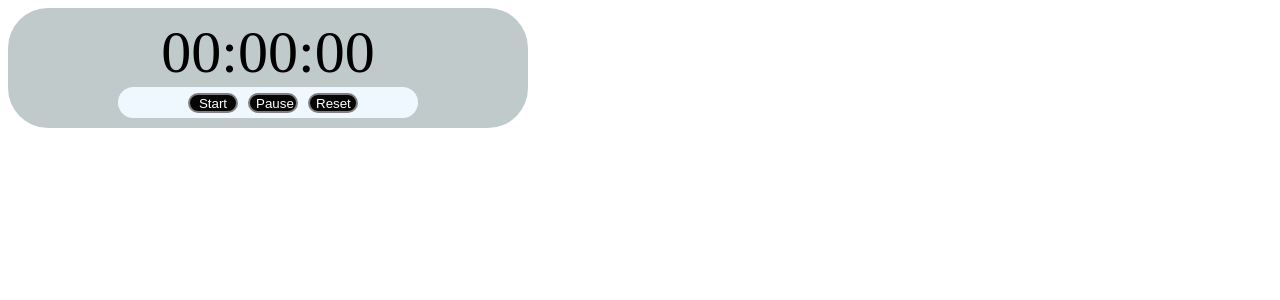
Repository: albinsabu2023/Stopwatch-program
Page: index.html
An editor plug-in stored every save of this project. The page is shown before and after the next save, followed by the edit.
The browser window is 1280 px wide. The pictures show the whole page.

Above is the page before, as saved 2023-03-03 23:21:09.

### index.html
<!DOCTYPE html>

<head>
    <meta charset="UTF-8">
    <meta http-equiv="X-UA-Compatible" content="IE=edge">
    <meta name="viewport" content="width=device-width, initial-scale=1.0">
    <link rel="stylesheet" href="style.css">
    <title>Document</title>
</head>
<body>
    <div class="container">
        <label id="time">00:00:00</label>
        <div class="button">
            <button id="start">Start</button>
            <button id="pause">Pause</button>
            <button id="reset">Reset</button>
        </div>

    </div>
    <script src="index.js"></script>
</body>
</html>

### style.css
.container{
    background-color: rgb(193, 202, 202);
    height: 100px;
    width: 500px;
    display: flex;
    flex-direction: column;
    align-items: center;
    justify-content: center;
    padding: 10px;
    border-radius: 40px;
}
.button{
    background-color: aliceblue;
    width: 300px;
    height: 40px;
    display: flex;
    align-items: center;
    justify-content: center;
    border-radius: 20px;
}
#start,#reset,#pause{
    border: 2px solid gray;
    border-radius: 30px;
    margin-left: 10px;
    background-color: rgb(6, 6, 6);
    height: 20px;
    width: 50px;
    color: white;
}
#time{
    font-size:60px;

}
#start:hover,
#reset:hover,
#pause:hover {

    background-color: rgb(112, 111, 111);
    height: 20px;
    width: 50px;
    color: rgb(4, 4, 4);
    border-color: black;
    transition-duration: 1000;
}

### index.js
//canvas api

//DRAW LINES
//-------------------
// let can = document.getElementById("canvas");
// let context = can.getContext("2d");
// context.lineWidth = 10;
// context.strokeStyle = "purple";
// context.beginPath();
// context.moveTo(0, 0);
// context.lineTo(250, 250);
// context.lineTo(500, 0);
// context.moveTo(250, 250);
// context.lineTo(250, 500);

// context.stroke();

//DRAW TRIANGLE
//--------------------
//  <canvas id="canvas" width="500" height="500"></canvas>;
// let can = document.getElementById("canvas");
// let context = can.getContext("2d");
// context.beginPath();
// context.lineWidth = 2;
// context.moveTo(0, 250);
// context.lineTo(250, 0);
// context.lineTo(500, 250);
// context.lineTo(250, 250);
// context.lineTo(0, 250);
// context.fillStyle = "red";
// context.fill();
// context.stroke();

//DRAW RETANGLE
//------------------
//  <canvas id="canvas" width="500" height="500"></canvas>;
// let can = document.getElementById("canvas");
// let context = can.getContext("2d");
// context.strokeRect(0, 0, 250, 250);

//DRAW CIRCLE
//----------------
// let can = document.getElementById("canvas");
// SYNTAX--->context.arc(startcord x,startcord y,radius,start angle,end angle,)

// let context = can.getContext("2d");

// context.arc(250, 250, 200, 0, 2 * Math.PI);

// context.lineWidth = 10;
// context.strokeStyle = "purple";
// context.fillStyle = "cyan";
// context.fill();
// context.stroke();

//WINDOW  --->interface to tlak with computer
//---------------------
//window.scrollx()
//window.loacation.hostname;
//window.loaacation.href="url"
//window.innerWidth
//window.open()//can pas if another page as url
//window.close()
//window.print()
//window.confirm()
//window.prompt()

After the next save:
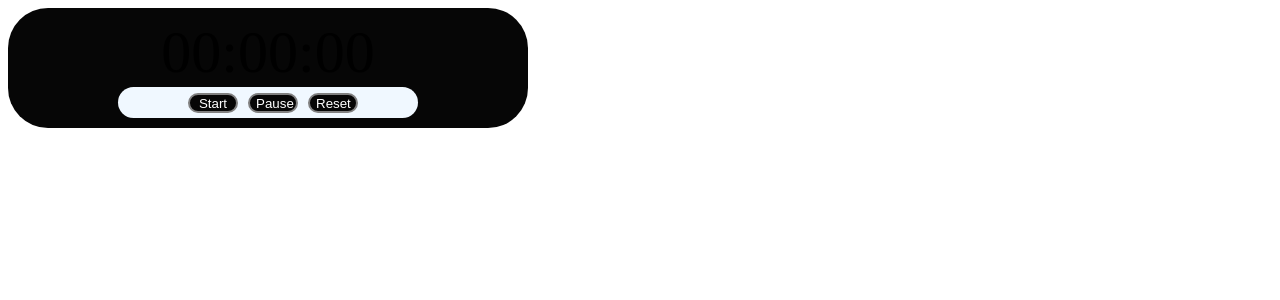
Saved 42 s later.
--- a/style.css
+++ b/style.css
@@ -1,5 +1,5 @@
 .container{
-    background-color: rgb(193, 202, 202);
+    background-color: rgb(6, 6, 6);
     height: 100px;
     width: 500px;
     display: flex;
